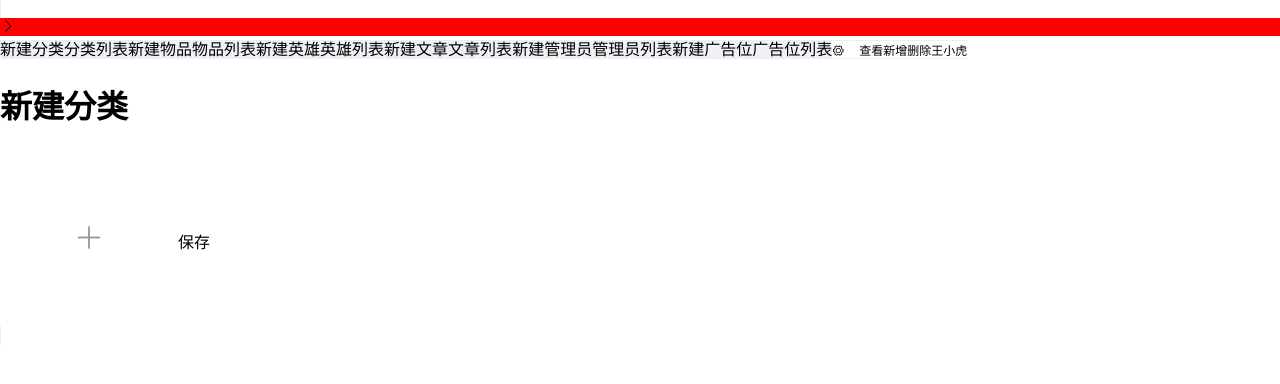
Repository: zqw980624/aaa
Page: /item/create (app in admin/)
The author's editor kept a copy of each file at every save. The page is drawn from the files as they stood at one save, then again after the next save.
The browser window is 1280 px wide. The pictures show the whole page.
The project was rebuilt for these pictures with package versions that can differ from the ones it lists, and the page was loaded fresh each time. Also part of the build but not shown: admin/src/views/CategoryEditor.vue, admin/src/views/CategoryList.vue, admin/src/views/ItemList.vue, admin/src/views/HeroList.vue, admin/src/views/ArticleEditor.vue, admin/src/views/ArticleList.vue, admin/src/views/AdsList.vue, admin/src/views/AdministratorEditor.vue and 1 more. Imported but missing from the stored project, and not drawn on this page: admin/src/plugins/element.js.

Above is the page before, as saved 2020-03-09 22:59:22.

After the next save:
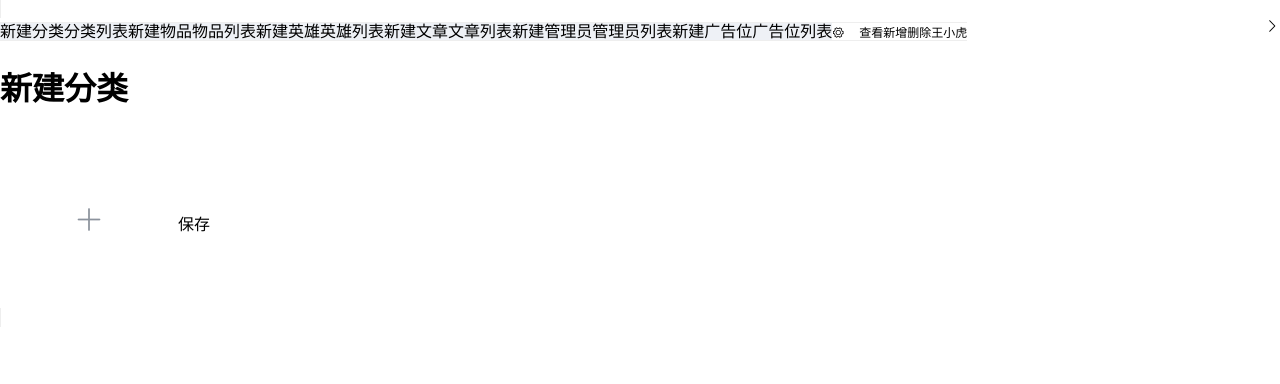
Saved 50 s later.
--- a/admin/src/views/Main.vue
+++ b/admin/src/views/Main.vue
@@ -110,8 +110,12 @@ export default {
 
 .toggle{
 
-  background: red;
+  position: relative;
 
+}
+.toggle i{
+  position: absolute;
+  right: 0;
 }
 .el-header {
   background-color: #b3c0d1;
